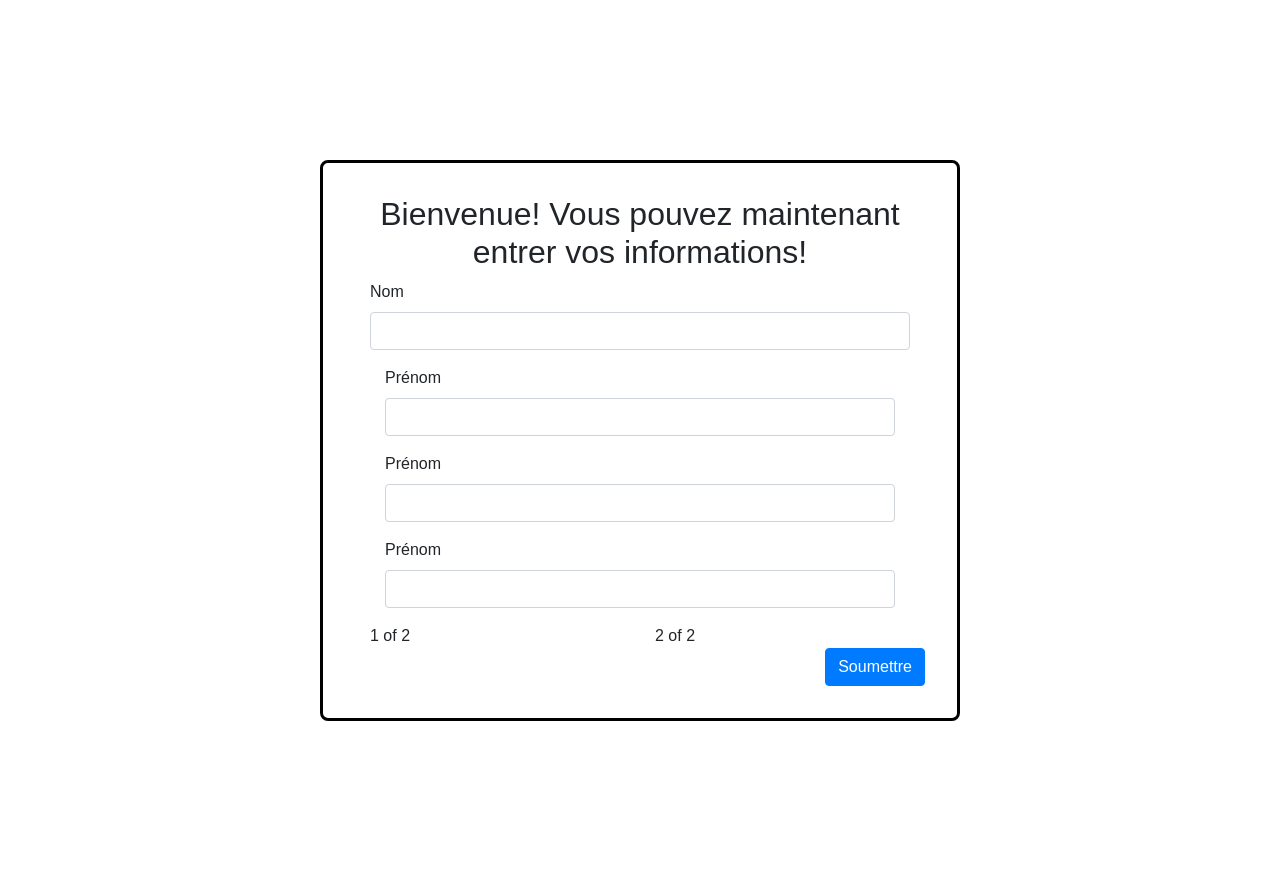
Repository: Aminox84/frontend-main
Page: /
These files come from the project's save history. The page is drawn as it stood at one moment and after the next save; the edit follows.
The browser window is 1280 px wide. The pictures show the whole page.
The project was rebuilt for these pictures with package versions that can differ from the ones it lists, and the page was loaded fresh each time.

Above is the page before, as saved 2022-12-29 19:54:53.

### public/index.html
<!DOCTYPE html>
<html lang="en">
  <head>
    <meta charset="utf-8" />
    <link rel="icon" href="%PUBLIC_URL%/favicon.ico" />
    <meta name="viewport" content="width=device-width, initial-scale=1" />
    <meta name="theme-color" content="#000000" />
    <meta
      name="description"
      content="Web site created using create-react-app"
    />
    <link rel="apple-touch-icon" href="%PUBLIC_URL%/logo192.png" />

    <link rel="manifest" href="%PUBLIC_URL%/manifest.json" />
    <link rel="stylesheet" href="https://cdn.jsdelivr.net/npm/bootstrap@4.4.1/dist/css/bootstrap.min.css" integrity="sha384-Vkoo8x4CGsO3+Hhxv8T/Q5PaXtkKtu6ug5TOeNV6gBiFeWPGFN9MuhOf23Q9Ifjh" crossorigin="anonymous">

    <title>React App</title>
  </head>
  <body>
    <noscript>You need to enable JavaScript to run this app.</noscript>
    <div id="root"></div>
    <script src="https://code.jquery.com/jquery-3.4.1.slim.min.js" integrity="sha384-J6qa4849blE2+poT4WnyKhv5vZF5SrPo0iEjwBvKU7imGFAV0wwj1yYfoRSJoZ+n" crossorigin="anonymous"></script>
    <script src="https://cdn.jsdelivr.net/npm/popper.js@1.16.0/dist/umd/popper.min.js" integrity="sha384-Q6E9RHvbIyZFJoft+2mJbHaEWldlvI9IOYy5n3zV9zzTtmI3UksdQRVvoxMfooAo" crossorigin="anonymous"></script>
    <script src="https://cdn.jsdelivr.net/npm/bootstrap@4.4.1/dist/js/bootstrap.min.js" integrity="sha384-wfSDF2E50Y2D1uUdj0O3uMBJnjuUD4Ih7YwaYd1iqfktj0Uod8GCExl3Og8ifwB6" crossorigin="anonymous"></script>
  </body>
</html>

### src/App.tsx
import React from 'react';
// import { useMultistepForm } from './useMultistepForm';
// import { AddressForm } from './AddressForm';
// import { AccountForm } from './AccountForm';
import { UserForm } from './userForm';


function App() {


// const {steps,currentStepIndex,step,isFirstStep,isLastStep,back,next} = useMultistepForm([<UserForm />,<AddressForm />,<AccountForm />])

  return (
    <div style={{position:"relative",background:"white",border:"0.2rem solid  black",padding:"2rem",margin:" 10rem auto",borderRadius:".5rem",fontFamily:"Arial",width:"50%",}}>
      <form>
       {/* <div style={{position:"absolute",top:".5rem",right:".5rem"}}> {currentStepIndex + 1} / {steps.length}</div> */}
       <UserForm/>
       <div className='d-flex justify-content-end'>
       {/* {!isFirstStep && <button className='btn btn-primary ml-2' type="button" onClick={back}>Back</button>} */}
       <button type="button" className='btn btn-primary ml-2'>Soumettre</button>
       </div>
      </form>
    </div>
  );
}

export default App;

### src/userForm.tsx
export function UserForm() {
  return (
    <>

      <h2 style={{textAlign:"center"}}>Bienvenue! Vous pouvez maintenant entrer vos informations!</h2>


      <div className="container">
  <div className="row">
    <div className="col">
        <div className="form-group">
          <label htmlFor="exampleInputEmail1">Nom</label>
          <input
            type="email"
            className="form-control"
            id="exampleInputEmail1"
            aria-describedby="emailHelp"
          />
          </div>
    <div className="col">
        <div className="form-group">
          <label htmlFor="exampleInputPassword1">Prénom</label>
          <input
            type="password"
            className="form-control"
            id="exampleInputPassword1"
          />
        </div>
        </div>
    <div className="w-100"></div>
    <div className="col">
        <div className="form-group">
          <label htmlFor="exampleInputPassword1">Prénom</label>
          <input
            type="password"
            className="form-control"
            id="exampleInputPassword1"
          />
        </div>
        </div>
    <div className="col">
        <div className="form-group">
          <label htmlFor="exampleInputPassword1">Prénom</label>
          <input
            type="password"
            className="form-control"
            id="exampleInputPassword1"
          />
        </div>
        </div>
  </div>
</div>
</div>



<div className="container">
  <div className="row">
    <div className="col">
      1 of 2
    </div>
    <div className="col">
      2 of 2
    </div>
  </div>
  </div>


    </>
  )
}

Loaded but not shown: src/index.tsx (common file)

After the next save:
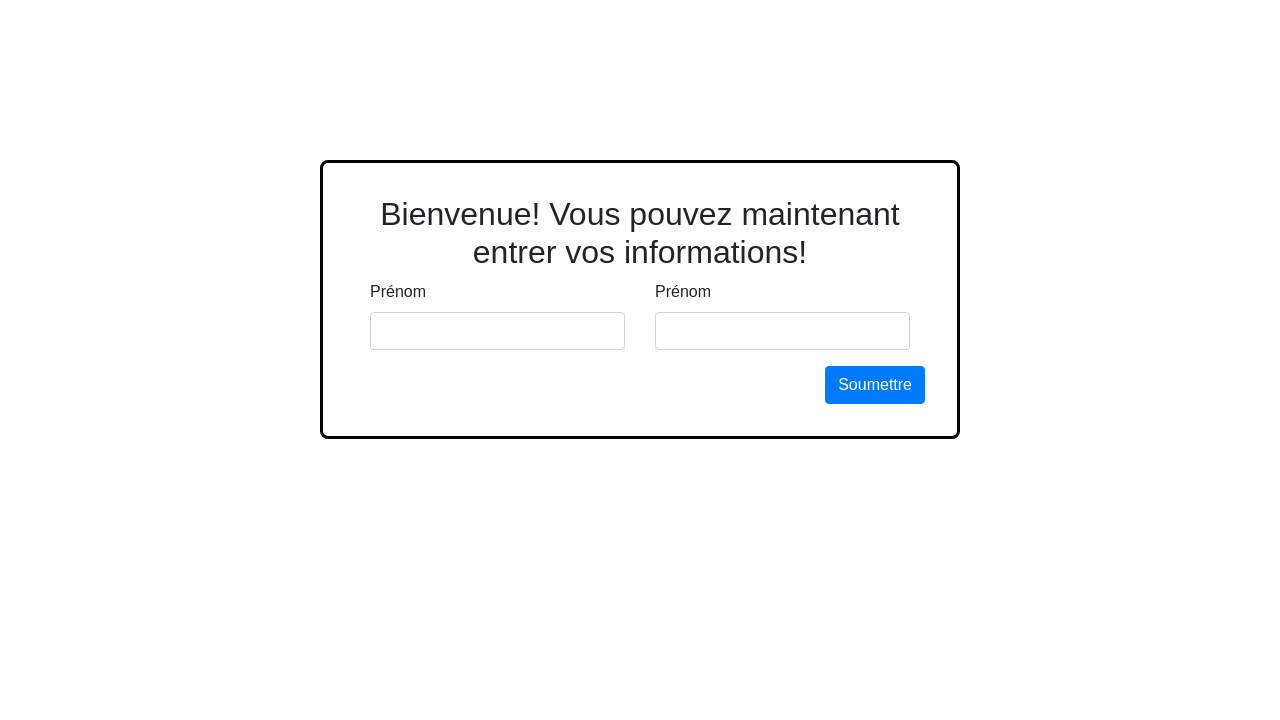
Saved 32 s later.
--- a/src/userForm.tsx
+++ b/src/userForm.tsx
@@ -4,21 +4,10 @@ export function UserForm() {
 
       <h2 style={{textAlign:"center"}}>Bienvenue! Vous pouvez maintenant entrer vos informations!</h2>
 
-
-      <div className="container">
+<div className="container">
   <div className="row">
     <div className="col">
-        <div className="form-group">
-          <label htmlFor="exampleInputEmail1">Nom</label>
-          <input
-            type="email"
-            className="form-control"
-            id="exampleInputEmail1"
-            aria-describedby="emailHelp"
-          />
-          </div>
-    <div className="col">
-        <div className="form-group">
+    <div className="form-group">
           <label htmlFor="exampleInputPassword1">Prénom</label>
           <input
             type="password"
@@ -26,10 +15,9 @@ export function UserForm() {
             id="exampleInputPassword1"
           />
         </div>
-        </div>
-    <div className="w-100"></div>
+    </div>
     <div className="col">
-        <div className="form-group">
+    <div className="form-group">
           <label htmlFor="exampleInputPassword1">Prénom</label>
           <input
             type="password"
@@ -37,30 +25,6 @@ export function UserForm() {
             id="exampleInputPassword1"
           />
         </div>
-        </div>
-    <div className="col">
-        <div className="form-group">
-          <label htmlFor="exampleInputPassword1">Prénom</label>
-          <input
-            type="password"
-            className="form-control"
-            id="exampleInputPassword1"
-          />
-        </div>
-        </div>
-  </div>
-</div>
-</div>
-
-
-
-<div className="container">
-  <div className="row">
-    <div className="col">
-      1 of 2
-    </div>
-    <div className="col">
-      2 of 2
     </div>
   </div>
   </div>
